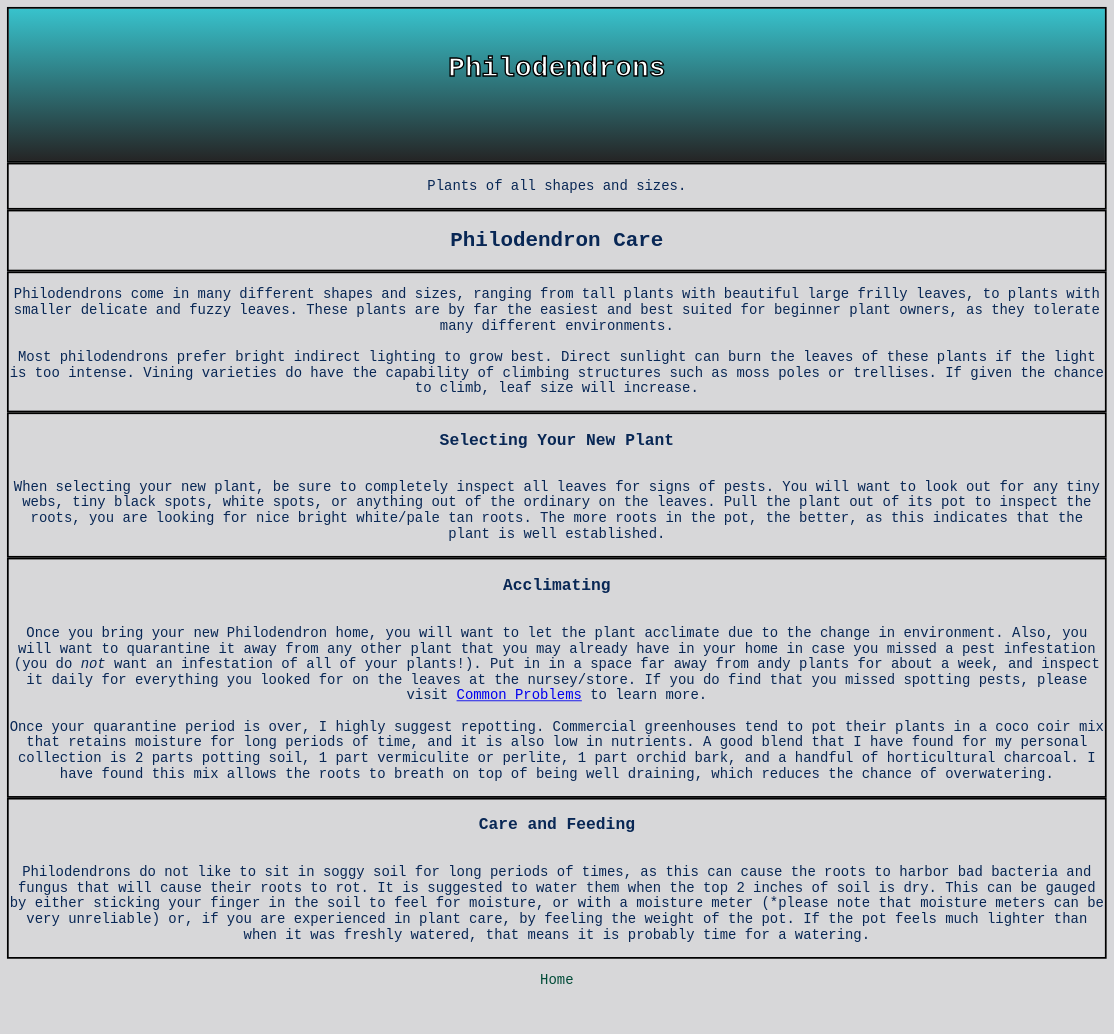
Repository: swillis91/odin-recipies
Page: Planty Page/philodendrons.html
These files come from the project's save history. The page is drawn as it stood at one moment and after the next save; the edit follows.
The browser window is 1280 px wide. The pictures show the whole page, at 87% of full size.

Above is the page before, as saved 2023-08-14 23:57:28.

### Planty Page/philodendrons.html
<!DOCTYPE html>
    <html>
        <head>
            <title>Calatheas</title>
            <link href="style.css" rel="stylesheet"
        </head>
        <body>
            <div class="Header">
            <h1 class="heading">Philodendrons</h1>
            </div>
            <div class="box">
              <p>Plants of all shapes and sizes.</p>
            </div>
            <div class="box">
            <h2 class="species">Philodendron Care</h2>
            </div>
            <div class="box">
                <p class="care">Philodendrons come in many different shapes and sizes, ranging from tall plants with beautiful large frilly leaves, to plants with smaller delicate and fuzzy leaves. These plants are by far the easiest and best suited for beginner plant owners, as they tolerate many different environments.
                <br>
                <br>
                Most philodendrons prefer bright indirect lighting to grow best. Direct sunlight can burn the leaves of these plants if the light is too intense. Vining varieties do have the capability of climbing structures such as moss poles or trellises. If given the chance to climb, leaf size will increase.</p>
            </div>
            <div class="box">
                <h3>Selecting Your New Plant</h3>
                <p>When selecting your new plant, be sure to completely inspect all leaves for signs of pests. You will want to look out for any tiny webs, tiny black spots, white spots, or anything out of the ordinary on the leaves. Pull the plant out of its pot to inspect the roots, you are looking for nice bright white/pale tan roots. The more roots in the pot, the better, as this indicates that the plant is well established.</p>
            </div>
            <div class="box">
                <h3>Acclimating</h3>
                <p>Once you bring your new Philodendron home, you will want to let the plant acclimate due to the change in environment. Also, you will want to quarantine it away from any other plant that you may already have in your home in case you missed a pest infestation (you do <em>not</em> want an infestation of all of your plants!). Put in in a space far away from andy plants for about a week, and inspect it daily for everything you looked for on the leaves at the nursey/store. If you do find that you missed spotting pests, please visit <a href='./problems'>Common Problems</a> to learn more.
                <br><br>
                Once your quarantine period is over, I highly suggest repotting. Commercial greenhouses tend to pot their plants in a coco coir mix that retains moisture for long periods of time, and it is also low in nutrients. A good blend that I have found for my personal collection is 2 parts potting soil, 1 part vermiculite or perlite, 1 part orchid bark, and a handful of horticultural charcoal. I have found this mix allows the roots to breath on top of being well draining, which reduces the chance of overwatering.</p>
            </div>
            <div class="box">
                <h3>Care and Feeding</h3>
                    <p>Philodendrons do not like to sit in soggy soil for long periods of times, as this can cause the roots to harbor bad bacteria and fungus that will cause their roots to rot. It is suggested to water them when the top 2 inches of soil is dry. This can be gauged by either sticking your finger in the soil to feel for moisture, or with a moisture meter (*please note that moisture meters can be very unreliable) or, if you are experienced in plant care, by feeling the weight of the pot. If the pot feels much lighter than when it was freshly watered, that means it is probably time for a watering.</p>
            </div>
              </p>
                <!--img src="./Images/makoyana.webp" id="calathea makoyana" width="700px"-->
            <footer>
                <nav>
                    <a href="./index.html" class="navigation">Home</a>

                </nav>
            </footer>
        </body>
    </html>

### Planty Page/style.css
body{
    background-color: rgb(215, 215, 217);
    color:rgb(8, 39, 85);
    text-align: center;
    font-family: 'Permanent Marker', cursive;
    font-family: 'Space Mono', monospace;
}

.heading{
    color: rgb(0, 0, 0);
    -webkit-text-fill-color: rgb(255, 255, 255);
    -webkit-text-stroke-width: 1.5px;
    -webkit-text-stroke-color: rgb(0, 0, 0);
    text-transform: capitalize;
    border: 2px solid rgb(0, 3, 3);
    background-image: linear-gradient(rgba(15, 189, 201, 0.795), rgba(0, 0, 0, 0.827));
    height: 75px;
    margin: 0 auto;
    padding:50px 20px;

}

div.box{
    border:2px solid black;
    display: flex;
    margin-left: auto;
    flex-direction:column;
    align-content: center;
}

#calathea-makoyana{
    width: 500px;
    Height: auto:
}

.navigation{
    color:rgb(1, 75, 56);
    text-decoration: none;
}

a:hover{
    color: rgb(20, 220, 2);
    background-color: rgb(5, 55, 1);
}

After the next save:
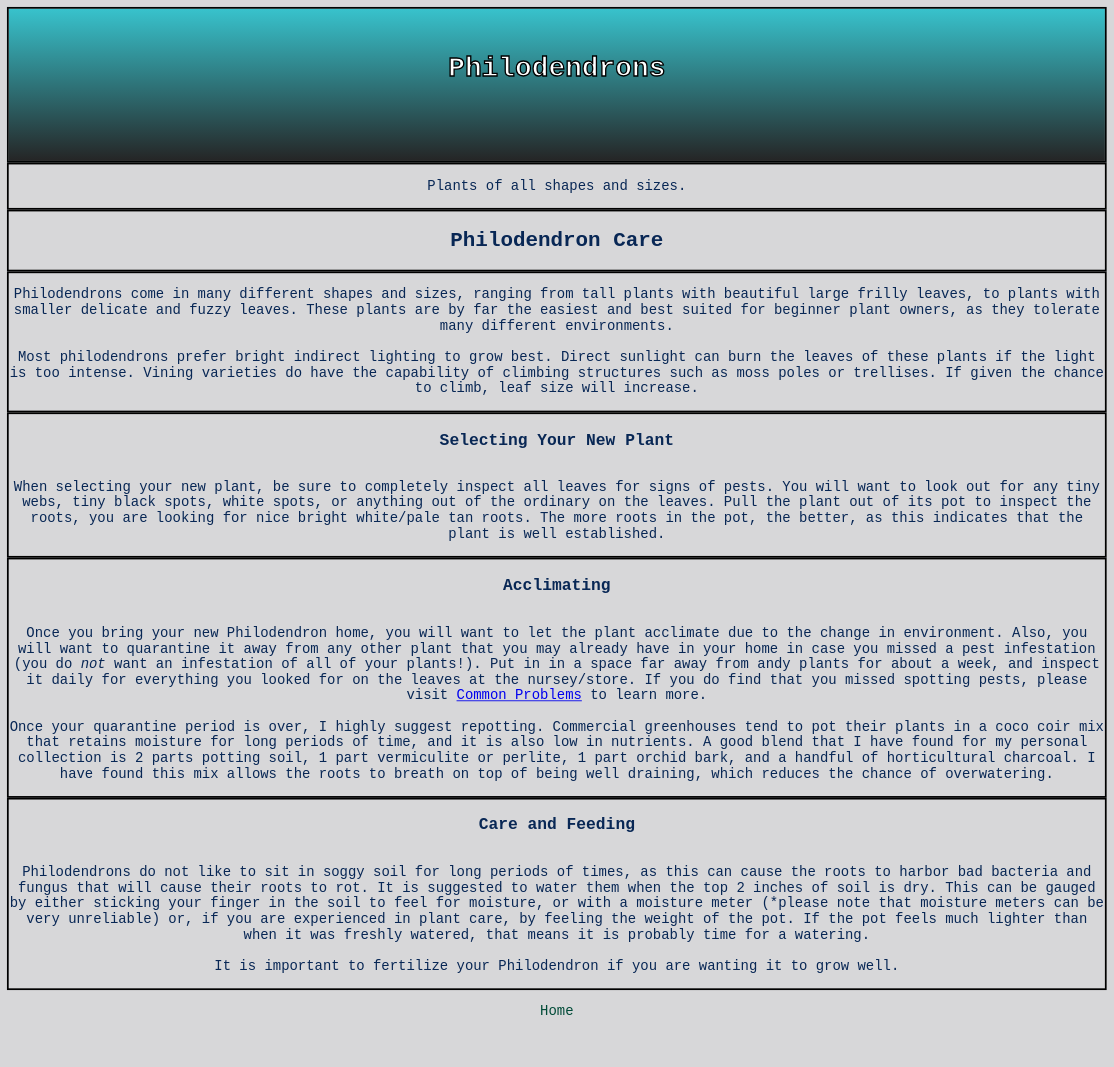
Saved 57 s later.
--- a/Planty Page/philodendrons.html
+++ b/Planty Page/philodendrons.html
@@ -32,7 +32,10 @@
             </div>
             <div class="box">
                 <h3>Care and Feeding</h3>
-                    <p>Philodendrons do not like to sit in soggy soil for long periods of times, as this can cause the roots to harbor bad bacteria and fungus that will cause their roots to rot. It is suggested to water them when the top 2 inches of soil is dry. This can be gauged by either sticking your finger in the soil to feel for moisture, or with a moisture meter (*please note that moisture meters can be very unreliable) or, if you are experienced in plant care, by feeling the weight of the pot. If the pot feels much lighter than when it was freshly watered, that means it is probably time for a watering.</p>
+                    <p>Philodendrons do not like to sit in soggy soil for long periods of times, as this can cause the roots to harbor bad bacteria and fungus that will cause their roots to rot. It is suggested to water them when the top 2 inches of soil is dry. This can be gauged by either sticking your finger in the soil to feel for moisture, or with a moisture meter (*please note that moisture meters can be very unreliable) or, if you are experienced in plant care, by feeling the weight of the pot. If the pot feels much lighter than when it was freshly watered, that means it is probably time for a watering.
+                        <br><br>
+                    It is important to fertilize your Philodendron if you are wanting it to grow well.
+                    </p>
             </div>
               </p>
                 <!--img src="./Images/makoyana.webp" id="calathea makoyana" width="700px"-->
